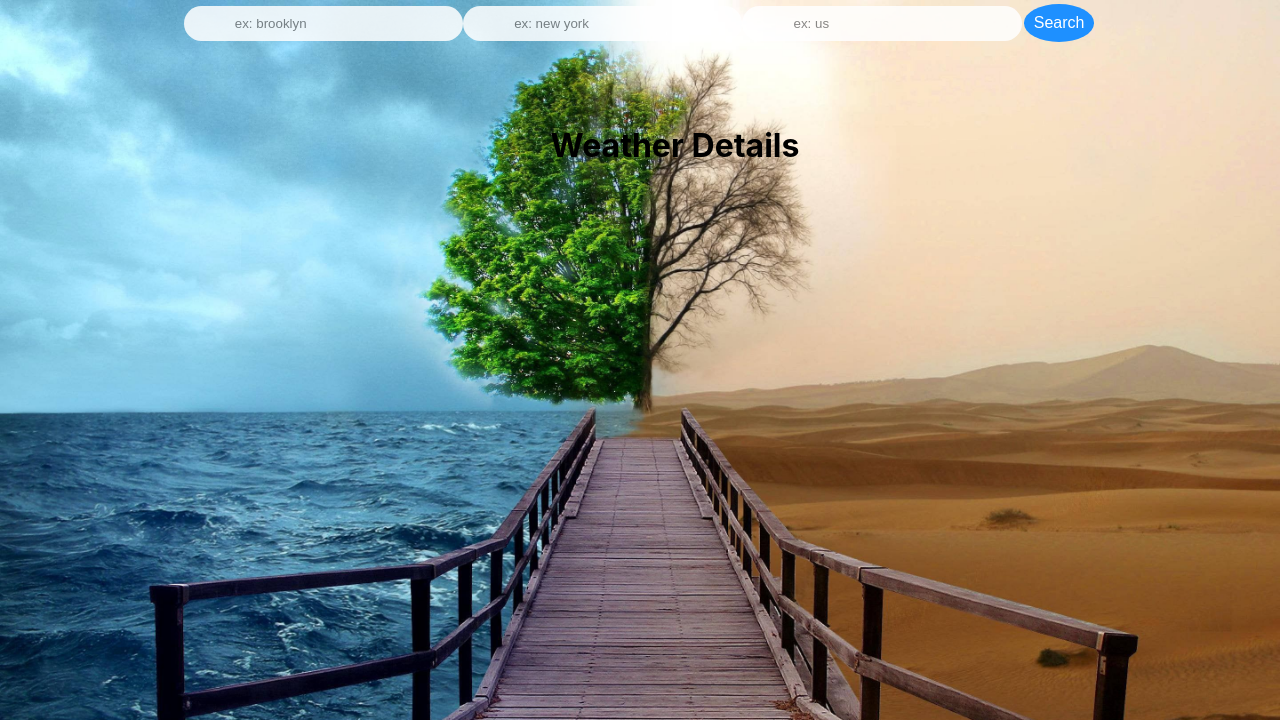
Repository: Mohsin231/Weather_App
Page: /
These files come from the project's save history. The page is drawn as it stood at one moment and after the next save; the edit follows.
The browser window is 1280 px wide. The pictures show the whole page.
The project was rebuilt for these pictures with package versions that can differ from the ones it lists, and the page was loaded fresh each time.

Above is the page before, as saved 2021-01-25 04:44:35.

After the next save:
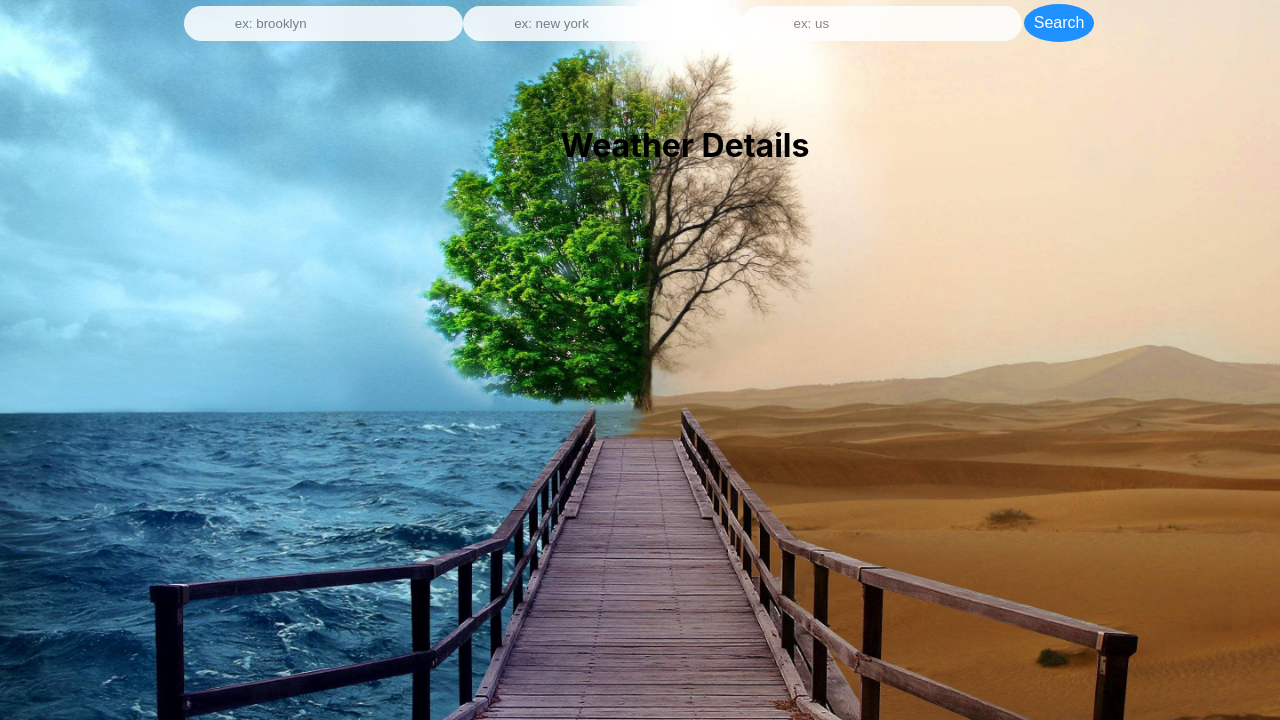
Saved 13 s later.
--- a/src/Weather.css
+++ b/src/Weather.css
@@ -4,7 +4,7 @@
     justify-content: center;
     align-items: center;
     flex-direction: column;
-    padding-left: 70px;
+    padding-left: 90px;
   }
 
 .city {
